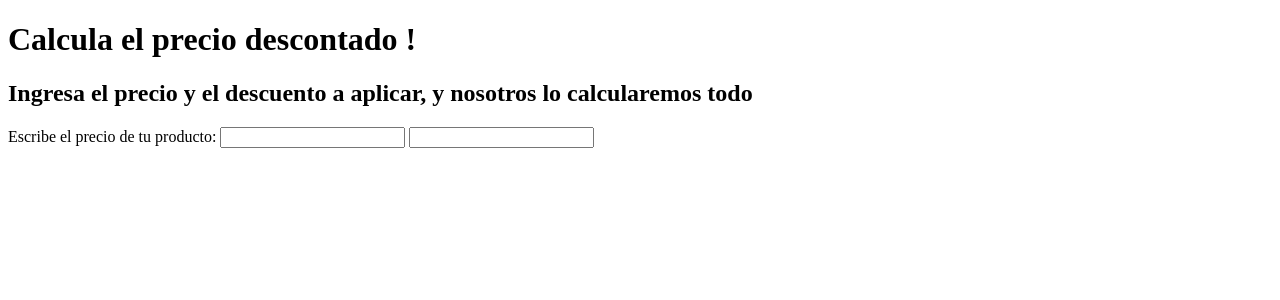
Repository: ChristianGecchelin/javascript-project
Page: javascript-project/descuentos y porcentajes/descuentos.html
These files come from the project's save history. The page is drawn as it stood at one moment and after the next save; the edit follows.
The browser window is 1280 px wide. The pictures show the whole page.

Above is the page before, as saved 2021-12-03 12:47:48.

After the next save:
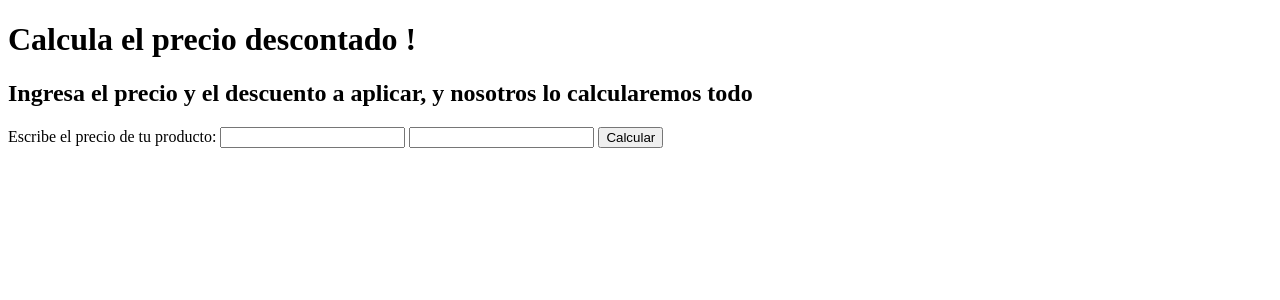
Saved 22 s later.
--- a/javascript-project/descuentos y porcentajes/descuentos.html
+++ b/javascript-project/descuentos y porcentajes/descuentos.html
@@ -21,6 +21,7 @@
           <input type="number" id="input-price" />
           <label for="input-discount"></label>
           <input type="number" id="input-discount" />
+          <button>Calcular</button>
         </form>
       </div>
     </section>
